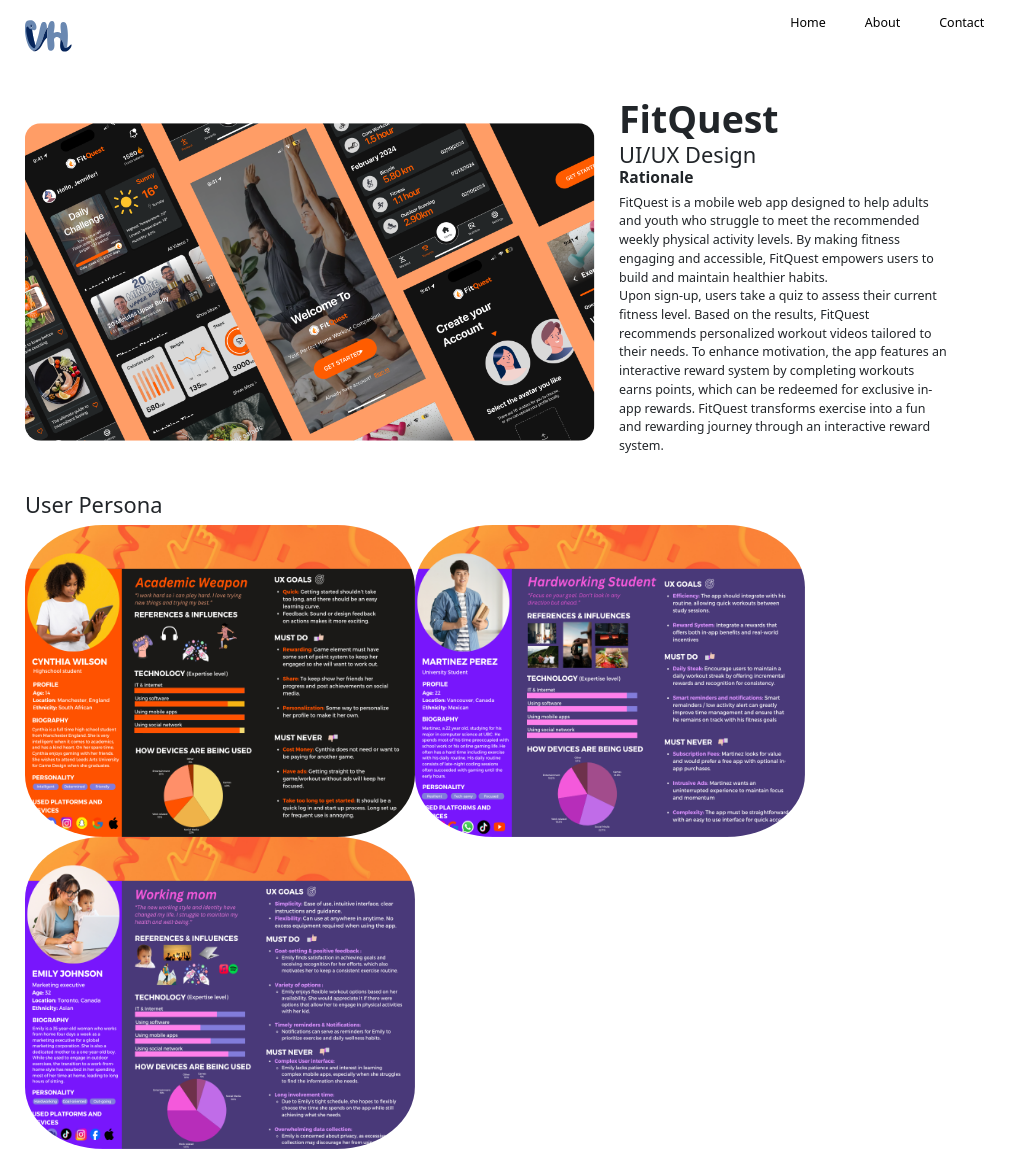
Repository: Vanessahyc/vanessa-portfolio
Page: /fitquest
An editor plug-in stored every save of this project. The page is shown before and after the next save, followed by the edit.
The browser window is 1280 px wide. The page is 1312 px wide, so the pictures cover 1312 px, including what lies to the right of the window. The pictures show the whole page, at 78% of full size.
The project was rebuilt for these pictures with package versions that can differ from the ones it lists, and the page was loaded fresh each time. The framework's server and built-in components were replaced by stand-ins that run in the browser. Also part of the build but not shown: next.config.mjs.

Above is the page before, as saved 2025-02-07 16:45:12.

After the next save:
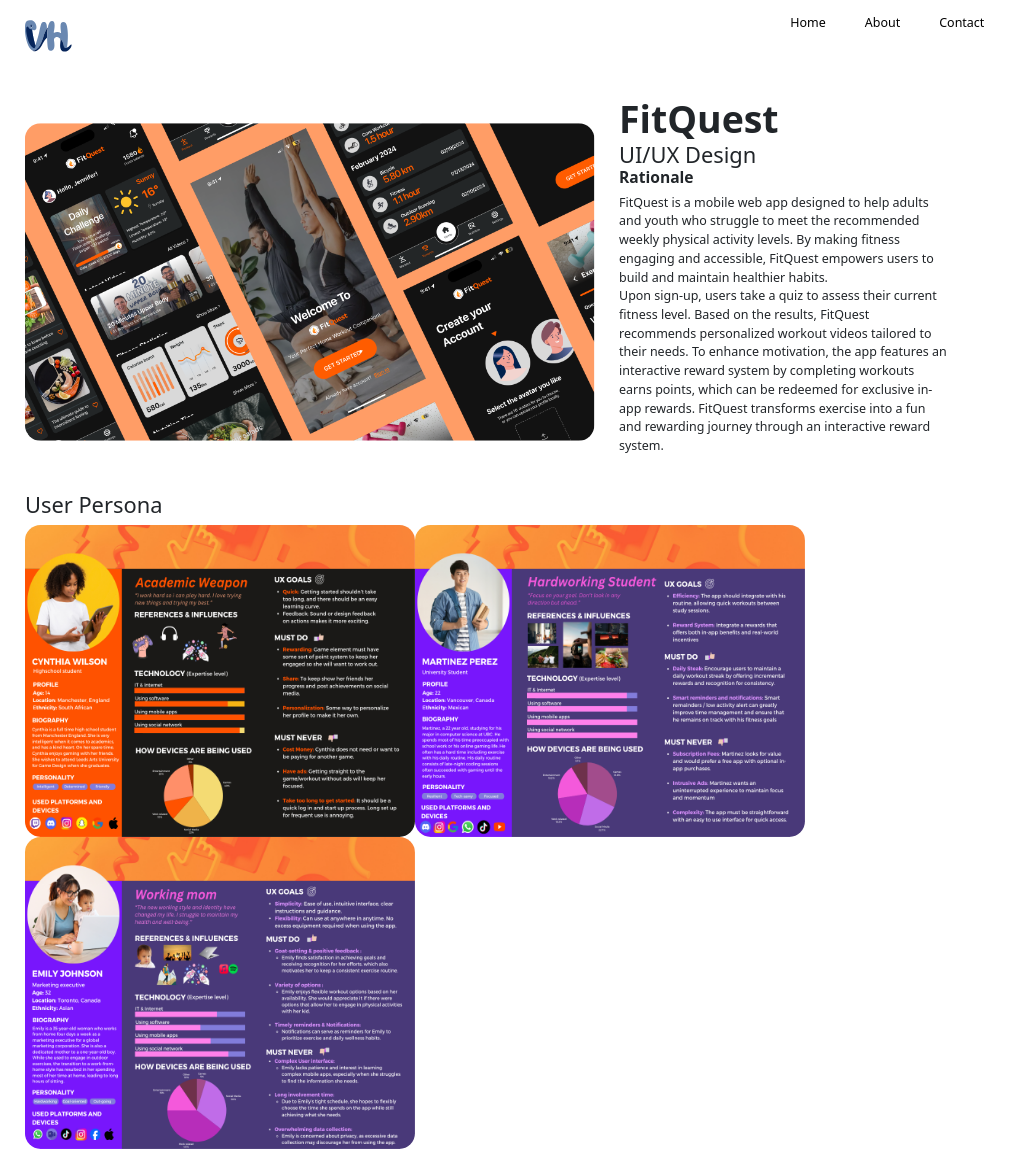
Saved 10 s later.
--- a/src/app/fitquest/Fitquest.module.css
+++ b/src/app/fitquest/Fitquest.module.css
@@ -41,5 +41,5 @@
 }
 
 .persona {
-    border-radius: 20%;
+    border-radius: 20px;
 }
